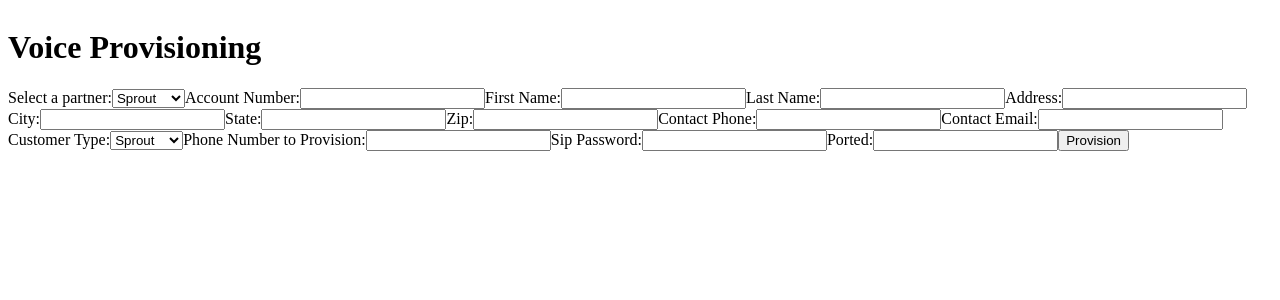
Repository: smallchungus/logiccom
Page: /
These files come from the project's save history. The page is drawn as it stood at one moment and after the next save; the edit follows.
The browser window is 1280 px wide. The pictures show the whole page.
The project was rebuilt for these pictures with package versions that can differ from the ones it lists, and the page was loaded fresh each time. Also part of the build but not shown: vite.config.ts.

Above is the page before, as saved 2023-05-04 10:53:39.

After the next save:
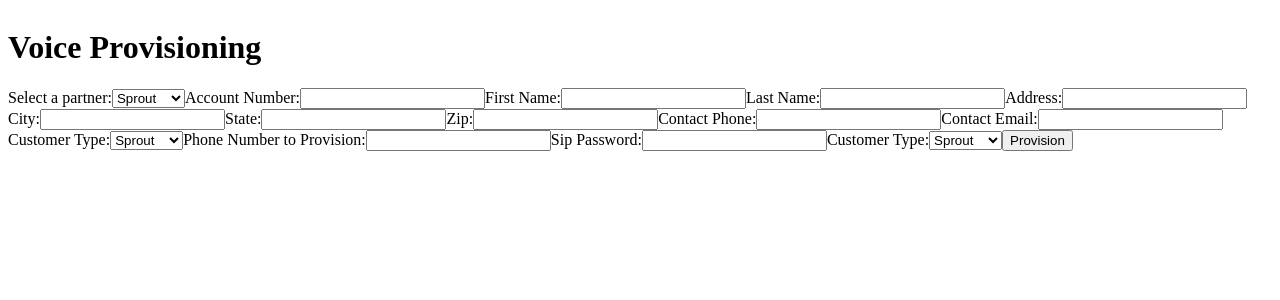
Saved 3 min 19 s later.
--- a/src/App.vue
+++ b/src/App.vue
@@ -50,8 +50,11 @@
     <label for="sipPassword">Sip Password:</label>
     <input type="text" id="sipPassword" name="sipPassword">
 
-    <label for="ported">Ported:</label>
-    <input type="text" id="ported" name="ported">
+    <label for="customerType">Customer Type:</label>
+    <select id="customerType" name="customerType">
+      <option value="Sprout">Sprout</option>
+      <option value="option2">Option 2</option>
+    </select>
 
     <button type="submit">Provision</button>
   </form>
